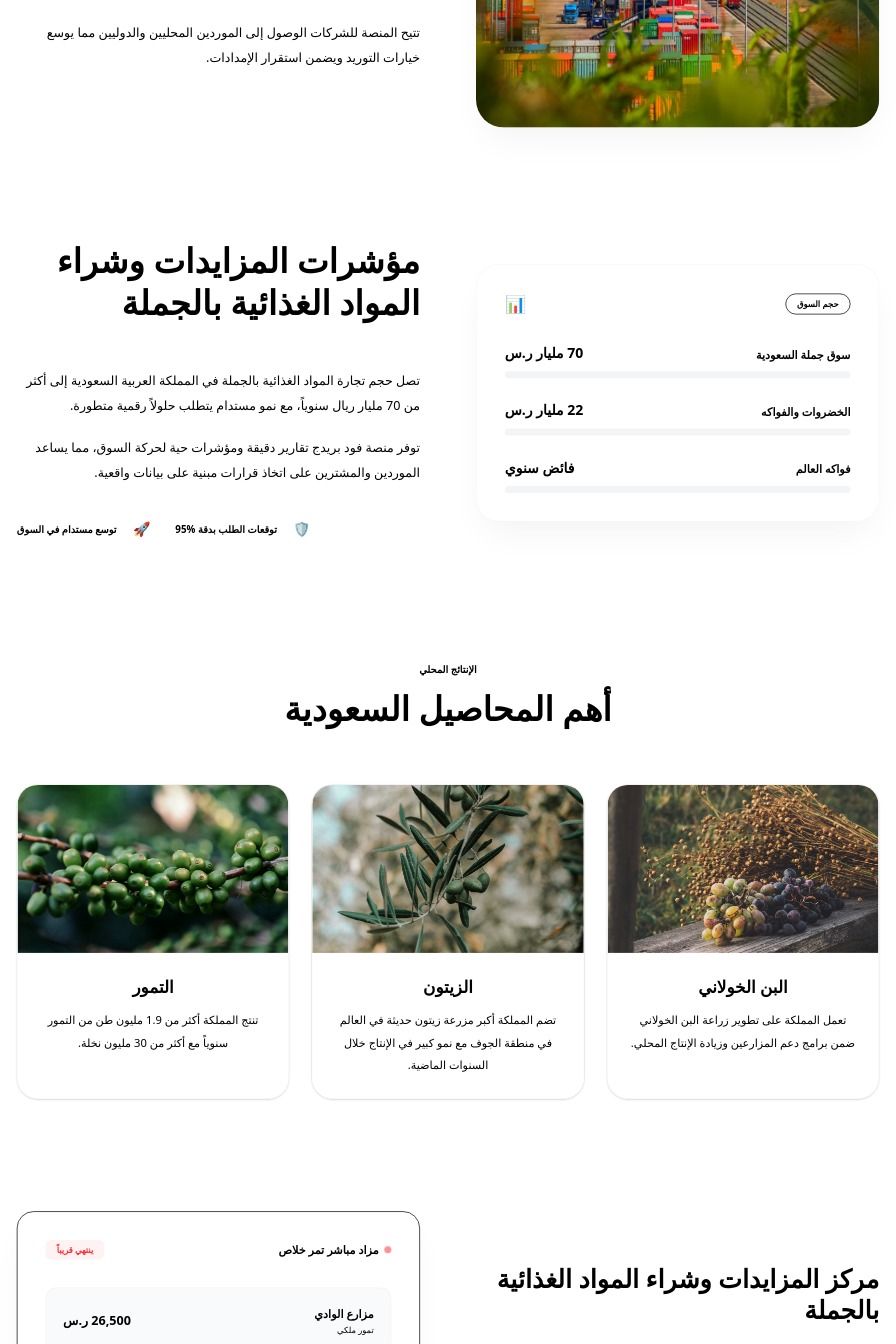
Repository: moshaosama/Food-Bridge
Page: /
An editor plug-in stored every save of this project. The page is shown before and after a run of saves, followed by the edit.
The browser window is 1280 px wide. The pictures show the part of the page from y = 2246 to 4166 px (the page is 6831 px tall), at 70% of full size.
The project was rebuilt for these pictures with package versions that can differ from the ones it lists, and the page was loaded fresh each time. Also part of the build but not shown: vite.config.ts.

Above is the page before, as saved 2026-03-10 17:04:55.

After the next 3 saves:
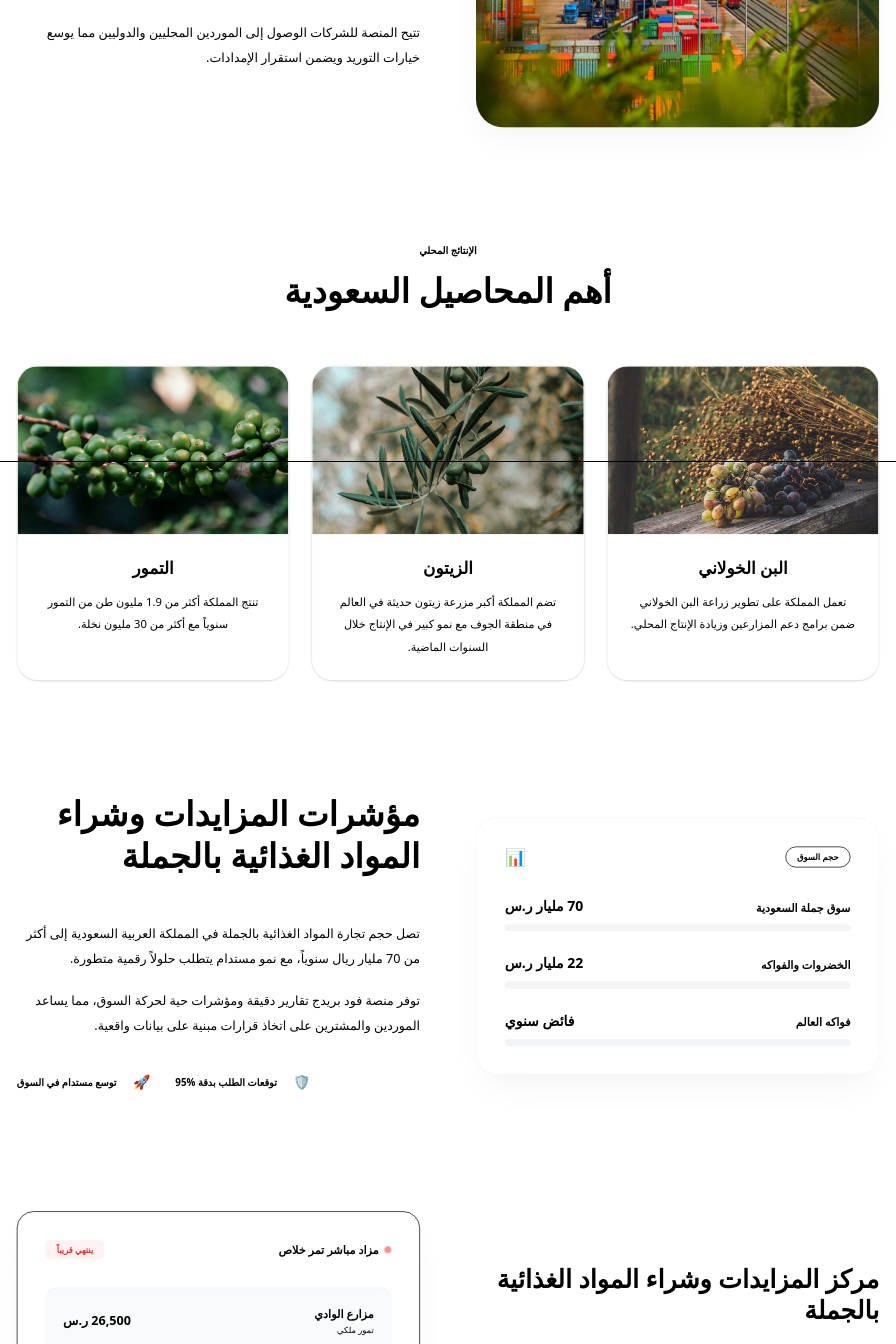
The 3 saves are shown as one change because they came seconds apart.
The last was saved 24 s later.
--- a/src/App.tsx
+++ b/src/App.tsx
@@ -20,8 +20,8 @@ function App() {
         <About />
         <ValueAdded />
         <SupplyChain />
+        <Products />
         <Market />
-        <Products />
         <Auction />
         <Journey />
         <JoinNetwork />
